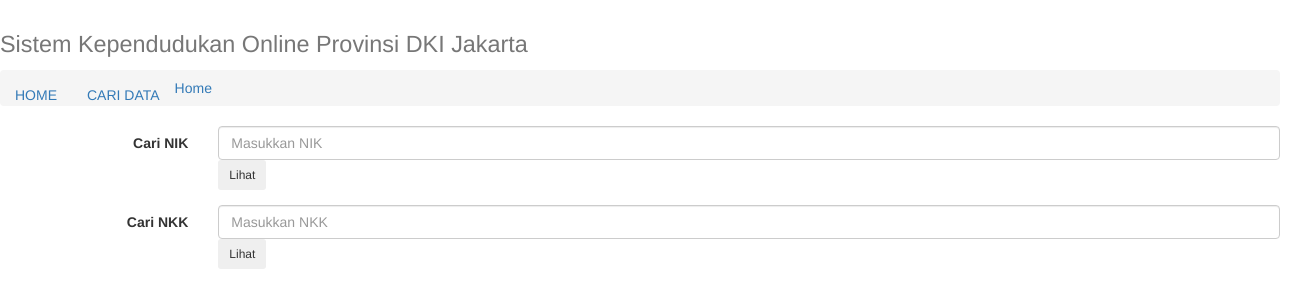
Repository: apap-2017/tugas1_1406544135
Page: http://localhost/index
An editor plug-in stored every save of this project. The page is shown before and after the next save, followed by the edit.
The browser window is 1280 px wide. The page is 1295 px wide, so the pictures cover 1295 px, including what lies to the right of the window. The pictures show the whole page.
The page is this project's Thymeleaf template; nobody is signed in. The template is opened directly, without the code that normally fills it, so the values that code supplies are empty.

Above is the page before, as saved 2017-10-20 11:51:25.

After the next save:
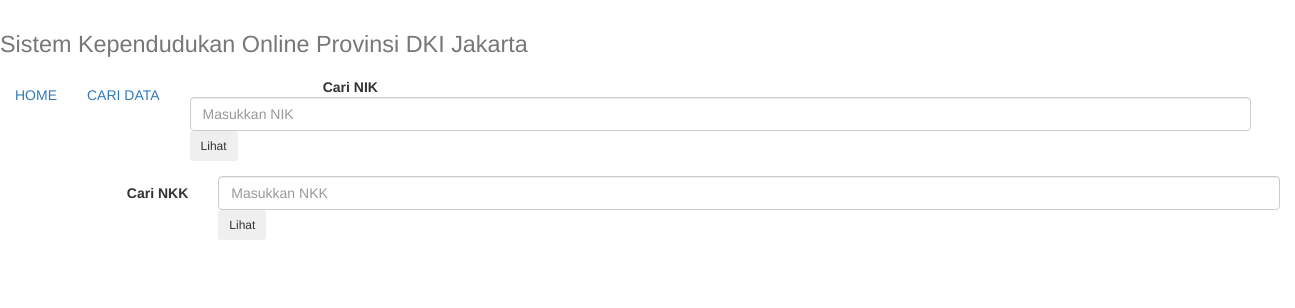
Saved 14 s later.
--- a/Tugas1_1406544135/src/main/resources/templates/index.html
+++ b/Tugas1_1406544135/src/main/resources/templates/index.html
@@ -14,7 +14,7 @@
 			<small>Sistem Kependudukan Online Provinsi DKI Jakarta</small>
 		</h1>
 
-<header class="main-header">
+	<header class="main-header">
 				<div class="navbar-custom-menu">
 					<ul class="nav navbar-nav">
 						<li><a th:href="@{/}">HOME</a></li>
@@ -22,9 +22,6 @@
 					</ul>
 				</div>
 		</header>
-		<ol class="breadcrumb">
-			<li><a th:href="@{/}">Home</a></li>
-		</ol>
 	</section>
 
 

After the 2 saves that followed:
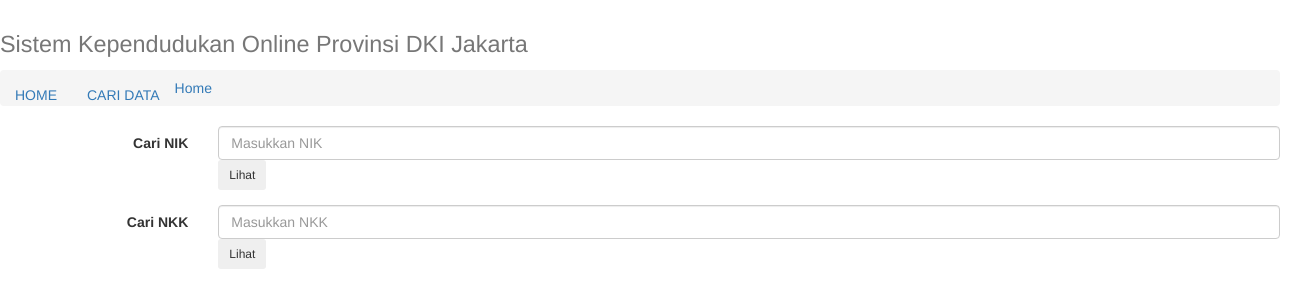
The 2 saves are shown as one change because 1 left the picture as it was.
The last was saved 83 s later.
--- a/Tugas1_1406544135/src/main/resources/templates/index.html
+++ b/Tugas1_1406544135/src/main/resources/templates/index.html
@@ -14,7 +14,7 @@
 			<small>Sistem Kependudukan Online Provinsi DKI Jakarta</small>
 		</h1>
 
-	<header class="main-header">
+<header class="main-header">
 				<div class="navbar-custom-menu">
 					<ul class="nav navbar-nav">
 						<li><a th:href="@{/}">HOME</a></li>
@@ -22,6 +22,9 @@
 					</ul>
 				</div>
 		</header>
+		<ol class="breadcrumb">
+			<li><a th:href="@{/}">Home</a></li>
+		</ol>
 	</section>
 
 
